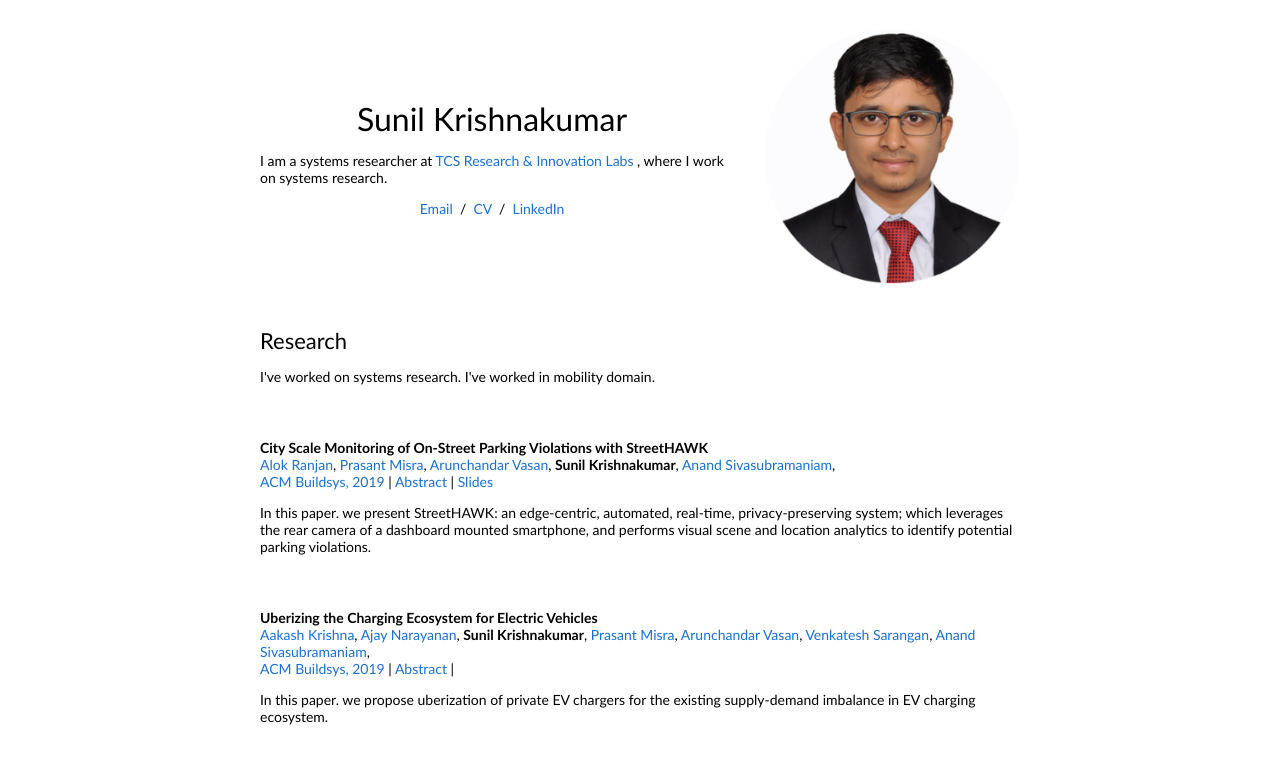
Repository: Sunil-KK/-
Page: index.html
The author's editor kept a copy of each file at every save. The page is drawn from the files as they stood at one save, then again after the next save.
The browser window is 1280 px wide. The pictures show the whole page.

Above is the page before, as saved 2020-09-02 01:56:47.

After the next save:
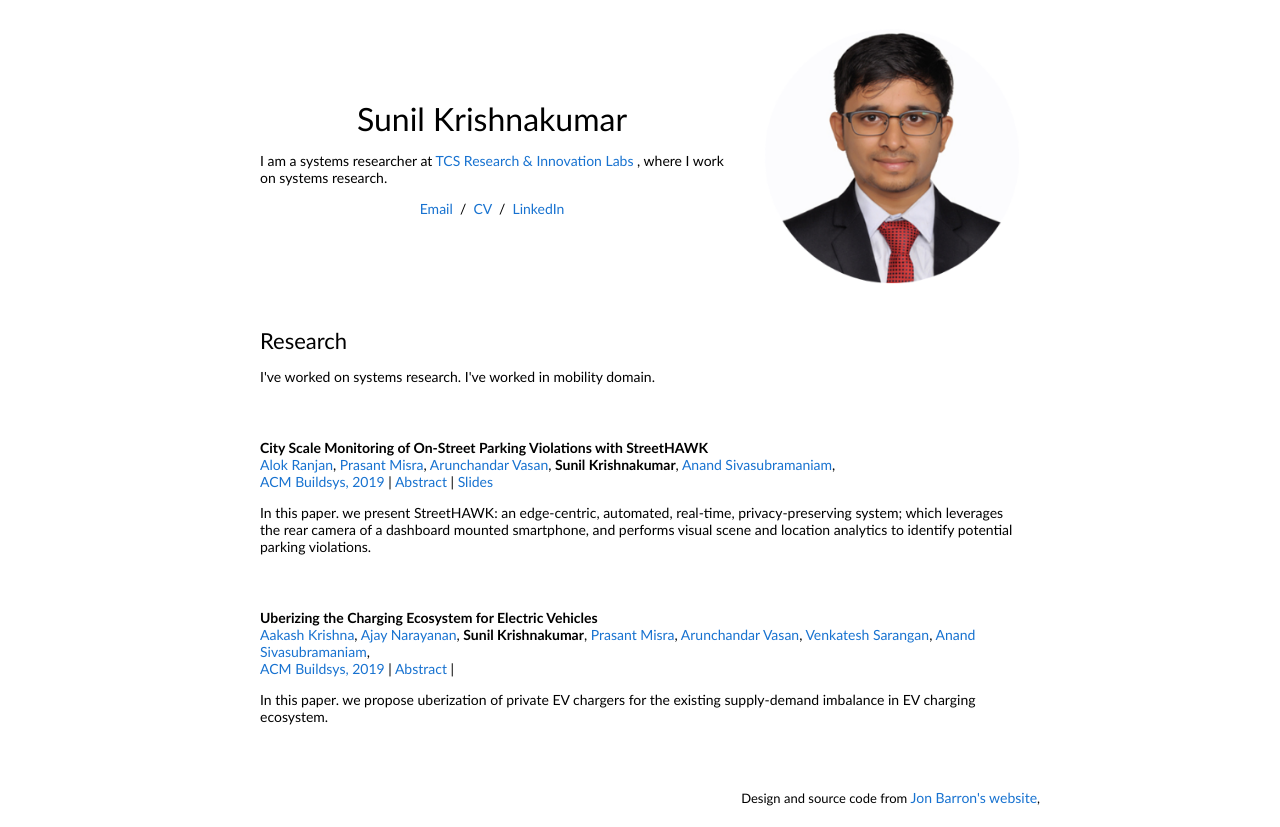
Saved 2 min 47 s later.
--- a/index.html
+++ b/index.html
@@ -110,6 +110,14 @@
         </td>
       </tr>
 
+        <table style="width:100%;border:0px;border-spacing:0px;border-collapse:separate;margin-right:auto;margin-left:auto;"><tbody>
+          <tr>
+            <td style="padding:0px">
+              <br>
+              <p style="text-align:right;font-size:small;">
+                Design and source code from <a href="https://github.com/jonbarron/jonbarron_website">Jon Barron's website</a>,
+                <br>
+              </p>
             </td>
           </tr>
         </tbody></table>
